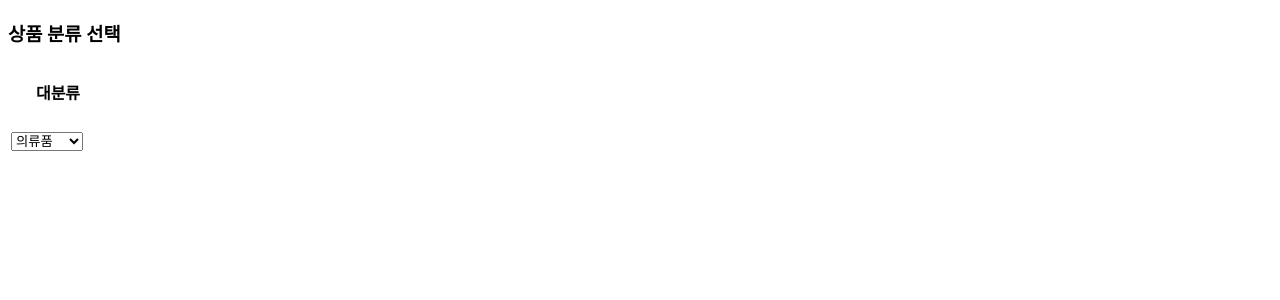
Repository: rmsudrmsud/SourceTree
Page: html/src/main/webapp/j3/cate.html
The author's editor kept a copy of each file at every save. The page is drawn from the files as they stood at one save, then again after the next save.
The browser window is 1280 px wide. The pictures show the whole page.
After loading, the first visible `#sel1` was changed once.

Above is the page before, as saved 2022-11-23 07:01:48.

After the next save:
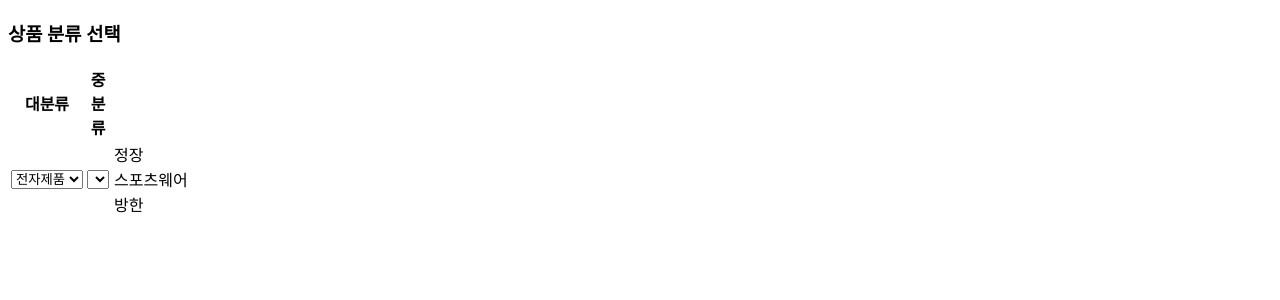
Saved 5 min 15 s later.
--- a/html/src/main/webapp/j3/cate.html
+++ b/html/src/main/webapp/j3/cate.html
@@ -28,11 +28,16 @@
 const f1 = () =>{
 	let val = f.sel1.value;
 	let arr = cate_1[parseInt(val)];
+	let tr1 = document.getElementById("tr1");
+	tr1.innerHTML += "<th>중분류</th>";
+	let tr2 = document.getElementById("tr2");
+	tr2.innerHTML += "<td><select id='sel2' name='sel2'>";
+
 	for(i=0;i<arr.length;i++){
-	alert(arr[i]);
+		tr2.innerHTML += "<option value="+i+">"+arr[i]+"</option>";
 	}
+	tr2.innerHTML += "</select></td>";
 }
-
 </script>
 </head>
 <body>
